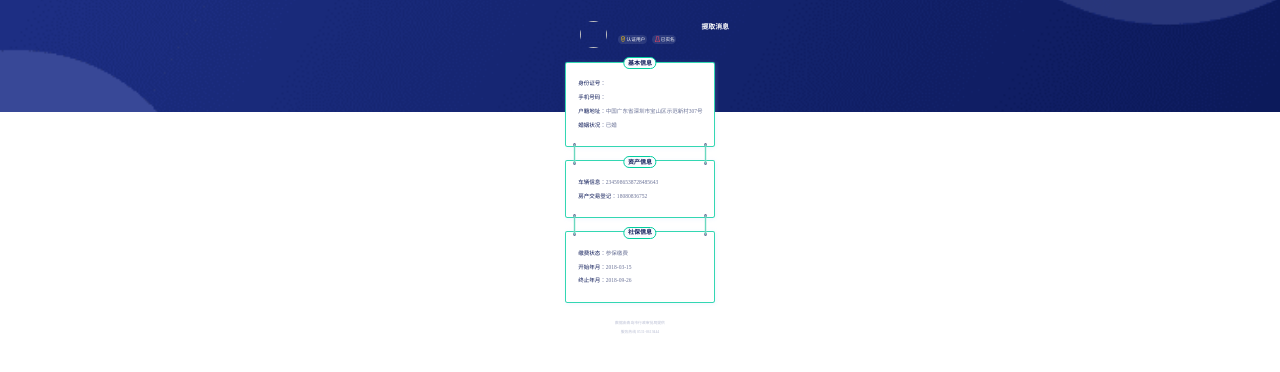
Repository: zlpstart/qingdao-new
Page: /Record
The author's editor kept a copy of each file at every save. The page is drawn from the files as they stood at one save, then again after the next save.
The browser window is 1280 px wide. The pictures show the whole page.
The page's requests for data from a server got no answer. Some web fonts or font styles are not loaded; a fallback is used. The project was rebuilt for these pictures with package versions that can differ from the ones it lists, and the page was loaded fresh each time. No one was signed in, and anything a server would have sent is missing. Also part of the build but not shown: src/components/MySpace.vue, src/components/Home.vue, src/components/Enterprise.vue, src/components/Opinion.vue, src/components/Opinion2.vue, src/components/Car.vue, src/components/House.vue, src/components/License.vue and 5 more.

Above is the page before, as saved 2019-09-20 15:53:04.

### public/index.html
<!DOCTYPE html>
<html lang="en">
  <head>
    <meta charset="utf-8">
    <meta http-equiv="X-UA-Compatible" content="IE=edge">
    <meta name="viewport" content="width=device-width,initial-scale=1.0">
    <link rel="icon" href="<%= BASE_URL %>favicon.ico">
    <title></title>
  </head>
  <body>
    <noscript>
      <strong>We're sorry but zlp doesn't work properly without JavaScript enabled. Please enable it to continue.</strong>
    </noscript>
    <div id="app"></div>
    <!-- built files will be auto injected -->
  </body>
</html>

### src/main.js
import Vue from 'vue'
import './plugins/axios'
import App from './App.vue'
import 'lib-flexible'
import router from './router'
import axios from 'axios'


//vuex
import vuex from 'vuex'
Vue.use(vuex)



import 'babel-polyfill'
import Es6Promise from 'es6-promise'
import store from './store'
require('es6-promise').polyfill()
Es6Promise.polyfill()

Vue.config.productionTip = false
Vue.prototype.$ajax = axios


// import VueWechatTitle from 'vue-wechat-title'
// Vue.use(VueWechatTitle)


// 根据路由设置标题
router.beforeEach((to, from, next) => {
  /*路由发生改变修改页面的title */
  if(to.meta.title) {
    document.title = to.meta.title
  }
  next();
})


new Vue({
  router,
  store,
  render: h => h(App)
}).$mount('#app')

### src/App.vue
<template>
  <div id="app">
    <router-view></router-view>
  </div>
</template>

<script>
export default {
  data(){
    return {

    }
  },
}
</script>


<style>
* {
  padding: 0;
  margin:0;
}
  @font-face {
    font-family:'avenir';
    src:url('./assets/NotoSansHans-Medium.otf')
  }
  h1,h2,h3,h4,h5,h6,span,b,i,li,p {
    font-family: avenir
  }
</style>

### src/router.js
import Vue from 'vue'
import Router from 'vue-router'
import MySpace from './components/MySpace'
import Home from './components/Home'
import Enterprise from './components/Enterprise'
import Opinion from './components/Opinion'
import Opinion2 from './components/Opinion2'
import Record from './components/Record'
import Car from './components/Car'
import House from './components/House'
import License from './components/License'
import License2 from './components/License2'
import Footprint from './components/Footprint'
import Record2 from './components/Record2'
import Footprint2 from './components/Footprint2'
import NotFound from './components/NotFound'


Vue.use(Router)

export default new Router({
  mode: 'history',
  routes: [
    {
      path: '/',
      name: 'MySpace',
      component:MySpace,
      meta:{title:'青岛政务通'}
    },
    {
      path: '/Home',
      name: 'Home',
      component:Home,
      meta:{title:'导航栏'}
    },
    {
      path: '/Opinion',
      name: 'Opinion',
      component:Opinion,
      meta:{title:'意见反馈'}
    },
    {
      path: '/Enterprise',
      name: 'Enterprise',
      component:Enterprise,
      meta:{title:'企业空间'}
    },
    {
      path: '/Opinion2',
      name: 'Opinion2',
      component:Opinion2,
      meta:{title:'企业意见反馈'}
    },
    {
      path: '/Record',
      name: 'Record',
      component:Record,
      meta:{title:'我的档案'}
    },
    {
      path: '/Car',
      name: 'Car',
      component:Car,
      meta:{title:'车辆登记信息'}
    },
    {
      path: '/House',
      name: 'House',
      component:House,
      meta:{title:'房屋登记信息'}
    },
    {
      path: '/License',
      name: 'License',
      component:License,
      meta:{title:'我的证照'}
    },
    {
      path: '/Footprint',
      name: 'Footprint',
      component:Footprint,
      meta:{title:'我的足迹'}
    },
    {
      path: '/Record2',
      name: 'Record2',
      component:Record2,
      meta:{title:'企业档案'}
    },
    {
      path: '/Footprint2',
      name: 'Footprint2',
      component:Footprint2,
      meta:{title:'企业足迹'}
    },
    {
      path: '/License2',
      name: 'License2',
      component:License2,
      meta:{title:'企业证照'}
    },
    { /* 404必须是最后一个路由 */
      name: '404',
      path: '*',
      meta: {
          title: '找不到页面'
      },
      component: NotFound
  }
  ]
})

### src/store/index.js
import Vue from 'vue'
import Vuex from 'vuex'
import user from './modules/user'

Vue.use(Vuex)

export default new Vuex.Store({
    modules:{
        user
    }
})

### src/components/Record.vue
<template>
  <div>
    <!-- 个人档案 -->
    <div class="Record" v-if="!show">
      <TopBar></TopBar>
      <div class="header">
        <div class="header_wrap">
          <div class="header_left">
            <img :src="allUser.imgAddr" />
          </div>
          <div class="header_right">
            <div class="header_right_p">
              <p>{{allUser.realName}}</p>
            </div>
            <div class="header_right_span">
              <span>
                <img src="../assets/认证.png" alt />
                认证用户
              </span>
              <span>
                <img src="../assets/实名.png" alt />
                已实名
              </span>
            </div>
          </div>
        </div>
      </div>
      <div class="Record_content_box">
        <div class="legal_content">
          <div class="legal_title">
            <h1>基本信息</h1>
          </div>
          <ul>
            <li>
              <b>身份证号：</b>
              {{allUser.idCode}}
            </li>
            <li>
              <b>手机号码：</b>
              {{allUser.mobile}}
            </li>
            <li>
              <b>户籍地址：</b>中国广东省深圳市宝山区示范新村307号
            </li>
            <li>
              <b>婚姻状况：</b>已婚
            </li>
          </ul>
        </div>
        <div class="legal_content">
          <div class="decorate">
            <div class="decorate_left"></div>
            <div class="decorate_right"></div>
          </div>
          <div class="legal_title">
            <h1>资产信息</h1>
          </div>
          <ul>
            <li>
              <b>车辆信息：</b>2345986538728485643
            </li>
            <li>
              <b>房产交易登记：</b>18080836752
            </li>
          </ul>
        </div>
        <div class="legal_content">
          <div class="decorate">
            <div class="decorate_left"></div>
            <div class="decorate_right"></div>
          </div>
          <div class="legal_title">
            <h1>社保信息</h1>
          </div>
          <ul>
            <li>
              <b>缴费状态：</b>参保缴费
            </li>
            <li>
              <b>开始年月：</b>2018-03-15
            </li>
            <li>
              <b>终止年月：</b>2018-09-26
            </li>
          </ul>
        </div>
        <div class="kong"></div>
        <div class="bottom">
          <span></span>
          <p>数据由青岛市行政审批局提供</p>
          <span></span>
          <p>服务热线 0531-8619444</p>
        </div>
      </div>
    </div>

    <!-- 企业档案 -->
    <div class="Record" v-if="show">
      <TopBar></TopBar>
      <div class="header">
        <div class="header_wrap">
          <div class="header_left">
            <img :src="allUser.imgAddr" />
          </div>
          <div class="header_right">
            <div class="header_right_p">
              <p>{{allUser.realName}}</p>
              <p>提取消息</p>
            </div>
            <div class="header_right_span">
              <span>
                <img src="../assets/认证.png" alt />
                认证用户
              </span>
              <span>
                <img src="../assets/实名.png" alt />
                已实名
              </span>
            </div>
          </div>
        </div>
      </div>
      <div class="Record_content_box">
        <div class="legal_content">
          <div class="legal_title">
            <h1>基本信息</h1>
          </div>
          <ul>
            <li>
              <b>身份证号：</b>
              {{allUser.idCode}}
            </li>
            <li>
              <b>手机号码：</b>
              {{allUser.mobile}}
            </li>
            <li>
              <b>户籍地址：</b>中国广东省深圳市宝山区示范新村307号
            </li>
            <li>
              <b>婚姻状况：</b>已婚
            </li>
          </ul>
        </div>
        <div class="legal_content">
          <div class="decorate">
            <div class="decorate_left"></div>
            <div class="decorate_right"></div>
          </div>
          <div class="legal_title">
            <h1>资产信息</h1>
          </div>
          <ul>
            <li>
              <b>车辆信息：</b>2345986538728485643
            </li>
            <li>
              <b>房产交易登记：</b>18080836752
            </li>
          </ul>
        </div>
        <div class="legal_content">
          <div class="decorate">
            <div class="decorate_left"></div>
            <div class="decorate_right"></div>
          </div>
          <div class="legal_title">
            <h1>社保信息</h1>
          </div>
          <ul>
            <li>
              <b>缴费状态：</b>参保缴费
            </li>
            <li>
              <b>开始年月：</b>2018-03-15
            </li>
            <li>
              <b>终止年月：</b>2018-09-26
            </li>
          </ul>
        </div>
        <div class="kong"></div>
        <div class="bottom">
          <span></span>
          <p>数据由青岛市行政审批局提供</p>
          <span></span>
          <p>服务热线 0531-8619444</p>
        </div>
      </div>
    </div>
  </div>
</template>

<script>
import TopBar from "./TopBar";
import { mapGetters, mapActions } from "vuex";

export default {
  name: "Record",
  data() {
    return {};
  },
  components: {
    TopBar
  },
  methods: {
    to() {
      this.$router.go(0);
    },
    ...mapActions(["getUsers"])
  },
  created() {
    this.getUsers();
  },
  computed: {
    ...mapGetters(["allUser", "show"])
  }
};
</script>

<style scoped>
* {
  padding: 0;
  margin: 0;
}
ul {
  list-style: none;
}
a {
  text-decoration: none;
}
body {
  background: #f7faff;
}
.logo {
  width: 100%;
  height: 0.3733rem;
  position: absolute;
  top: 1.0133rem;
}
.logo_left p {
  float: left;
}
.logo_left p:nth-child(1) {
  margin-left: 0.3867rem;
}
.logo_left p:nth-child(2) {
  margin-left: 0.32rem;
}
.logo_left img {
  width: 0.4rem;
  height: 0.4rem;
}
.logo a {
  color: white;
}
.logo_title {
  width: 4.6333rem;
  margin: 0 auto;
  text-align: center;
}
.logo_title p {
  font-size: 0.4rem;
  font-weight: 500;
  color: rgba(255, 255, 255, 1);
}
.header {
  width: 100%;
  height: 1.7067rem;
  position: absolute;
  top: 1.32rem;
}
.header_wrap {
  width: 7.48rem;
  margin: 0 auto;
  padding: 0 0.72rem;
}
.header_left {
  width: 1.7067rem;
  height: 1.7067rem;
  float: left;
  border-radius: 1.7067rem;
  overflow: hidden;
}
.header_left img {
  width: 1.7067rem;
  height: 1.7067rem;
  background-size: 100%;
  overflow: hidden;
}
.header_right {
  width: 2.9rem;
  height: 1.3333rem;
  float: left;
  margin-left: 0.64rem;
}
.header_right_p p {
  font-size: 0.4267rem;
  font-weight: 500;
  color: rgba(255, 255, 255, 1);
}
.header_right_span {
  width: 5.2667rem;
  margin-top: 0.2267rem;
  height: 0.5867rem;
}
.header_right_span img {
  width: 0.2933rem;
  height: 0.3333rem;
  margin-left: 0.0933rem;
}
.header_right_span span {
  padding: 0.0933rem 0.0933rem 0.0933rem 0.0933rem;
  border-radius: 0.32rem;
  background: rgba(255, 255, 255, 0.1);
  float: left;
  margin-left: 0.32rem;
  font-size: 0.2933rem;
  font-weight: 500;
  color: rgba(255, 255, 255, 1);
}
.header_right_span span:nth-child(1) {
  margin-left: 0;
}
.legal_content li b {
  font-size: 0.3467rem;
  font-weight: 400;
  color: #0b1856;
}
.legal_content li {
  font-size: 0.3467rem;
  font-weight: 400;
  margin-top: 0.3733rem;
  color: rgba(11, 24, 86, 1);
}
.header_right_p p:nth-child(2) {
  width: 1.8533rem;
  font-size: 0.4267rem;
  font-family: PingFangSC;
  font-weight: 600;
  color: rgba(255, 255, 255, 1);
  margin-left: 5.24rem;
}
.legal_content li:nth-child(1) {
  margin-top: 0;
}
.decorate {
  width: 8.4267rem;
  padding: 0 0.4267rem;
  position: absolute;
  top: -1.16rem;
  left: 0;
}
.decorate img {
  width: 100%;
  height: 100%;
}
.decorate_left {
  width: 0.24rem;
  background: url("../assets/连接.png") no-repeat center center;
  background-size: 100%;
  height: 1.36rem;
  float: left;
}
.decorate_right {
  width: 0.24rem;
  background: url("../assets/连接.png") no-repeat center center;
  height: 1.36rem;
  background-size: 100%;
  float: right;
}
.legal_content:nth-child(1).decorate {
  display: none;
}
.legal_content {
  width: 8.5067rem;
  background: rgba(255, 255, 255, 1);
  box-shadow: 0.0533rem 0.0533rem 0.2667rem 0rem rgba(173, 206, 255, 0.2);
  border-radius: 0.1333rem;
  border: 0.0133rem solid rgba(0, 206, 159, 0.8);
  margin: 0 auto;
  margin-top: 0.8267rem;
  position: relative;
  padding: 1.0133rem 0 1.0933rem 0.7733rem;
}
.legal_title {
  padding: 0.1033rem 0.2333rem;
  height: 0.42rem;
  background: rgba(250, 252, 255, 1);
  border-radius: 0.36rem;
  border: 0.0267rem solid rgba(0, 206, 159, 1);
  margin: 0 auto;
  line-height: 0.42rem;
  text-align: center;
  position: absolute;
  top: 0.3867rem;
  left: 50%;
  margin-top: -0.36rem;
  transform: translate(-50%, -50%);
}
.legal_title h1 {
  font-size: 0.3733rem;
  font-family: PingFangSC-Medium;
  color: rgba(11, 24, 86, 1);
}
.Record_content_box {
  width: 100%;
  position: absolute;
  top: 3.0267rem;
  left: 50%;
  transform: translate(-50%);
}
.kong {
  width: 100%;
  height: 1rem;
}
.bottom {
  width: 100%;
  height: 1.3333rem;
  line-height: 0.5667rem;
  text-align: center;
}
.bottom p {
  font-size: 0.24rem;
  font-weight: 400;
  color: #babfd4;
}
.legal_content ul li {
  font-size: 0.3467rem;
  font-weight: 400;
  color: #6c7498;
}
.legal_content ul li b {
  font-size: 0.3467rem;
  font-weight: 400;
  color: rgba(11, 24, 86, 1);
}
</style>

### src/store/modules/user.js
import axios from 'axios'

const state ={
    user:[],
    code:"",
    boy:require("../../assets/boy.png"),
    gril:require("../../assets/gril.png"),
    corporation:require("../../assets/corporation.png"),
    show:true
}

const getters = {
    allUser: state => state.user,
    userImg: state => state.img,
    boy: state => state.boy,
    gril: state => state.gril,
    show:state => state.show
}

const mutations = {
    // 更改user信息方法
    setUsers:(state,users) => (state.user = users),
    //获取用户code
    getCode:(state) => {
        let URL = window.location.href  // 获取到当前url
        var b = ""      //准备获取code
        if(URL.indexOf("=")>-1){ //判断url里最后一个=的位置 是否大于0
            b = URL.substring(URL.indexOf("=")+1,URL.length-16)  // 如果大于0 则截取URL的=后字符串
            window.localStorage.setItem("code",b)   //将URL的code 存入localStorage
        }
        state.code = window.localStorage.getItem("code")      //获取到localStorage 里的的code 并存入code变量
    },
}

const actions = {
     async getUsers({commit,state}){
        await commit("getCode")
        axios.get("http://120.55.60.206:18082/api/getUserInfo?code="+state.code) //请求接口
        .then(res => {
            // console.log("成功请求",res)
            res.data.category = 0
            if(res.data.category == 13){
                state.show = true
                // console.log(state.show)
                window.open("/")
                axios.get("http://120.55.60.206:18082/api/getNormalUserDetailInfo?code="+state.code)
                .then(i => {
                    // console.log(i.data)
                    if(i.data.imgAddr == ""){       //判断用户是否上传头像
                        if(i.data.gender == 0){     //判断用户是否是男人
                            i.data.imgAddr = state.boy    //把接口数据的空值 改成本地男生图片路径
                            // console.log(i.data.imgAddr)
                        }else{                      //判断用户是否是女人
                            i.data.imgAddr = state.gril   //把接口数据的空值 改成本地女生图片路径
                            // console.log(i.data.imgAddr)
                        }
                    }
                    commit("setUsers",i.data)
                })
                .catch(j => console.log(j))
            }else {
                state.show = false
                // console.log(state.show)
                window.open("/Enterprise")
                axios.get("http://120.55.60.206:18082/api/getNormalUserDetailInfo?code="+state.code)
                .then(a => {
                    // console.log(a.data)
                    if(a.data.imgAddr == ""){
                        a.data.imgAddr = state.corporation
                    }
                    commit("setUsers",a.data)
                })
                // .catch(b => console.log(b))
            }
            commit("setUsers",res.data)
        })
    }
}

export default {
    state,
    getters,
    mutations,
    actions
}

### src/components/TopBar.vue
<template>
    <div class="TopBar">

    </div>
</template>

<script>
export default {
    name:"TopBar",
    data(){
        return {

        }
    },
    methods:{

    },
}
</script>

<style scoped>
* {
    padding: 0;
    margin: 0;
}
ul {
    list-style: none;
}
a {
    text-decoration: none;
}
body {
    background: #F7FAFF;
}
.TopBar {
    width: 100%;
    height: 7.0267rem;
    background: url("../assets/topbackground.png")no-repeat center center;
    background-size:100%;
}

</style>

Loaded but not shown: src/plugins/axios.js (common file)

After the next save:
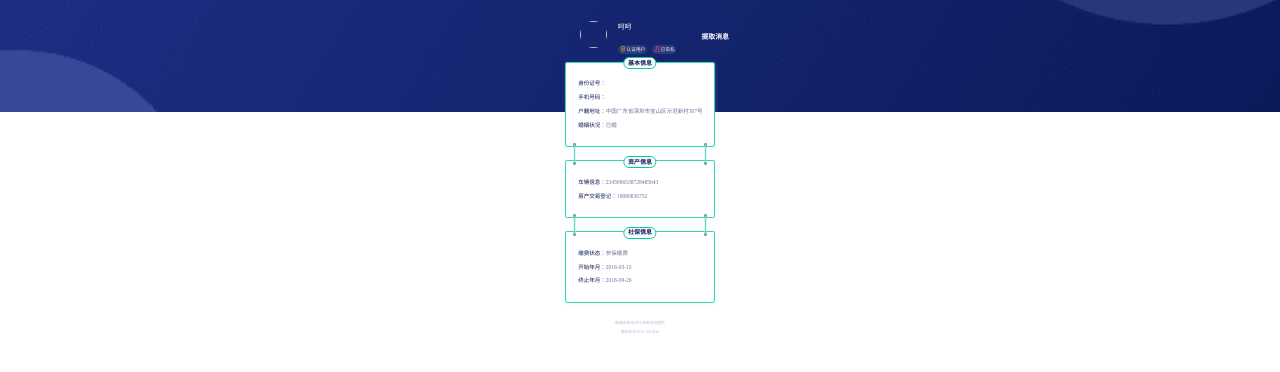
Saved 3 min 29 s later.
--- a/src/components/Record.vue
+++ b/src/components/Record.vue
@@ -104,7 +104,7 @@
           </div>
           <div class="header_right">
             <div class="header_right_p">
-              <p>{{allUser.realName}}</p>
+              <p>{{allUser.realName}}呵呵</p>
               <p>提取消息</p>
             </div>
             <div class="header_right_span">
